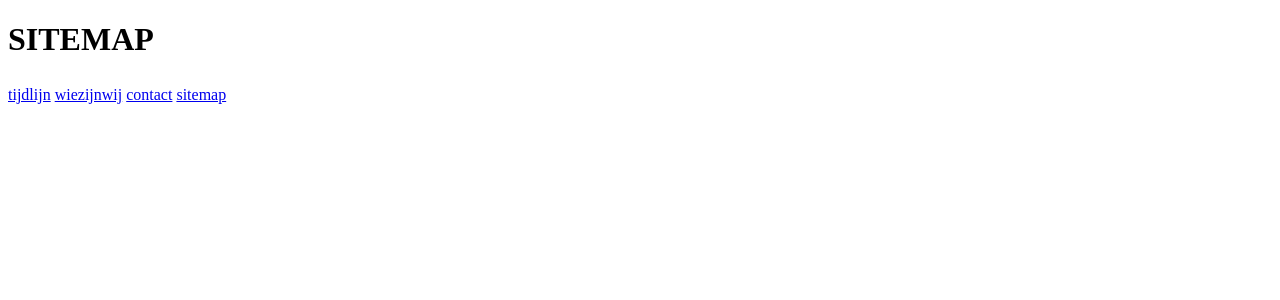
Repository: w1-knippenbergluuk/Applicatieontwikkelaar-2015-2016
Page: http://localhost/sitemap.php
The author's editor kept a record of every edit. The page is drawn from the files as they stood at one moment, then again after the next edit.
The browser window is 1280 px wide. The pictures show the whole page.
The page is run by PHP 8.4 with error messages shown; the project is at /var/www/html/.

Above is the page before.

### Luuk/Periode1/Project/sitemap.php
<!DOCTYPE html>

<html>
    <head>
        <title>Wie Zijn wij</title>
    </head>
    <body>
        <h1>SITEMAP </h1>
        <table>
            <tr>
                <td></td>
            </tr>
        </table>

        <a href="tijdlijn.php">tijdlijn</a>
        <a href="wiezijnwij.php">wiezijnwij</a>
        <a href="contact.php">contact</a>
        <a href="sitemap.php">sitemap</a>
    </body>
</html>

After the next edit:
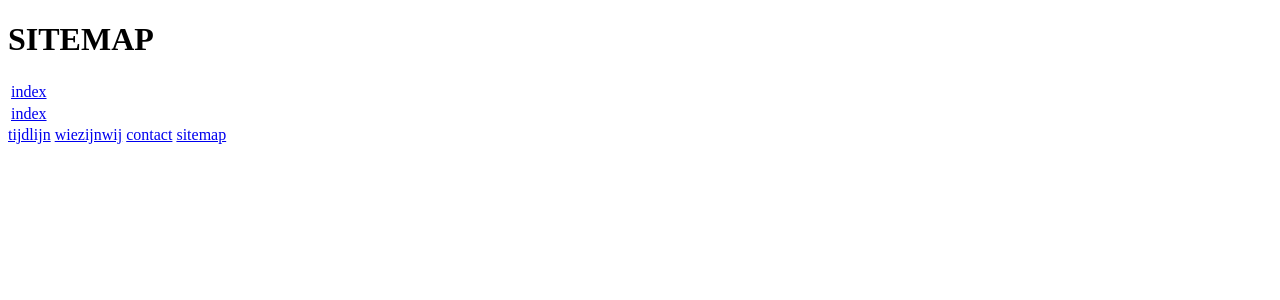
The edit:
--- a/Luuk/Periode1/Project/sitemap.php
+++ b/Luuk/Periode1/Project/sitemap.php
@@ -8,7 +8,10 @@
         <h1>SITEMAP </h1>
         <table>
             <tr>
-                <td></td>
+                <td><a href="index.php">index</a></td>
+            </tr>
+            <tr>
+                <td><a href="index.php">index</a></td>
             </tr>
         </table>
 
